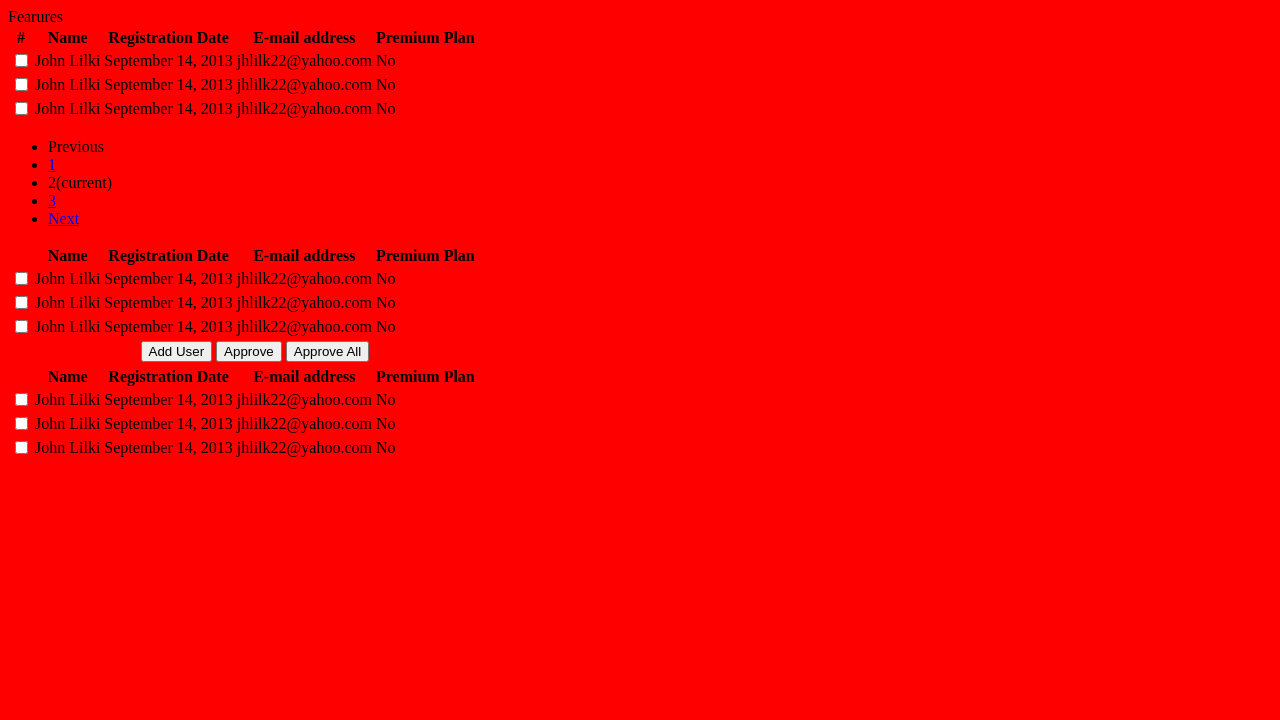
Repository: tienhoang123/Demo
Page: http://localhost/User/WEB-INF/views/home.jsp
An editor plug-in stored every save of this project. The page is shown before and after the next save, followed by the edit.
The browser window is 1280 px wide. The pictures show the whole page.
The page is served by Tomcat 9. Nobody is signed in. Other server files are loaded and not shown. The template is opened directly, without the code that normally fills it, so the values that code supplies are empty.

Above is the page before, as saved 2019-10-14 06:17:33.
Not found: DemoCrud/User/resources/css/boostrapcss/bootstrap.min.css
Not found: DemoCrud/User/resources/js/bootstrapjs/bootstrap.min.js

### DemoCrud/User/src/main/webapp/WEB-INF/views/home.jsp
<%@ page language="java" contentType="text/html; charset=UTF-8"
	pageEncoding="UTF-8"%><!DOCTYPE html>
	<%@ taglib uri="http://java.sun.com/jsp/jstl/core" prefix="c" %>
<html>
<head>
<meta http-equiv="Content-Type" content="text/html; charset=UTF-8">
<title>HelloWorld</title>
<link rel="stylesheet" href="<c:url value='/resources/css/common.css' />" />
<link href="/resources/css/boostrapcss/bootstrap.min.css" rel="stylesheet" id="bootstrap-css">
<script src="/resources/js/bootstrapjs/bootstrap.min.js"></script>
<script src="https://ajax.googleapis.com/ajax/libs/jquery/3.4.1/jquery.min.js"></script>
</head>
<body>
  <main class="container pt-5">
        <div class="card mb-5">
            <div class="card-header">Fearures</div>
            <div class="card-block p-0">
                <table class="table table-bordered table-sm m-0">
                    <thead class="">
                        <tr>
                            <th>#</th>
                            <th>Name</th>
                            <th>Registration Date</th>
                            <th>E-mail address</th>
                            <th>Premium Plan</th>
                        </tr>
                    </thead>
                    <tbody>
                        <tr>
                            <td>
                                <label class="custom-control custom-checkbox">
                                    <input type="checkbox" class="custom-control-input">
                                    <span class="custom-control-indicator"></span>
                                </label>
                            </td>
                            <td>John Lilki</td>
                            <td>September 14, 2013</td>
                            <td>jhlilk22@yahoo.com</td>
                            <td>No</td>
                        </tr>
                        <tr>
                            <td>
                                <label class="custom-control custom-checkbox">
                                    <input type="checkbox" class="custom-control-input">
                                    <span class="custom-control-indicator"></span>
                                </label>
                            </td>
                            <td>John Lilki</td>
                            <td>September 14, 2013</td>
                            <td>jhlilk22@yahoo.com</td>
                            <td>No</td>
                        </tr>
                        <tr>
                            <td>
                                <label class="custom-control custom-checkbox">
                                    <input type="checkbox" class="custom-control-input">
                                    <span class="custom-control-indicator"></span>
                                </label>
                            </td>
                            <td>John Lilki</td>
                            <td>September 14, 2013</td>
                            <td>jhlilk22@yahoo.com</td>
                            <td>No</td>
                        </tr>
                    </tbody>
                </table>
            </div>
            <div class="card-footer p-0">
                <nav aria-label="...">
                    <ul class="pagination justify-content-end mt-3 mr-3">
                        <li class="page-item disabled">
                            <span class="page-link">Previous</span>
                        </li>
                        <li class="page-item"><a class="page-link" href="#">1</a></li>
                        <li class="page-item active">
                            <span class="page-link">2<span class="sr-only">(current)</span>
                            </span>
                        </li>
                        <li class="page-item"><a class="page-link" href="#">3</a></li>
                        <li class="page-item">
                            <a class="page-link" href="#">Next</a>
                        </li>
                    </ul>
                </nav>
            </div>
        </div>
        <table class="table table-bordered table-definition mb-5">
            <thead class="table-warning ">
                <tr>
                    <th></th>
                    <th>Name</th>
                    <th>Registration Date</th>
                    <th>E-mail address</th>
                    <th>Premium Plan</th>
                </tr>
            </thead>
            <tbody>
                <tr>
                    <td>
                        <label class="custom-control custom-checkbox">
                            <input type="checkbox" class="custom-control-input">
                            <span class="custom-control-indicator"></span>
                        </label>
                    </td>
                    <td>John Lilki</td>
                    <td>September 14, 2013</td>
                    <td>jhlilk22@yahoo.com</td>
                    <td>No</td>
                </tr>
                <tr>
                    <td>
                        <label class="custom-control custom-checkbox">
                            <input type="checkbox" class="custom-control-input">
                            <span class="custom-control-indicator"></span>
                        </label>
                    </td>
                    <td>John Lilki</td>
                    <td>September 14, 2013</td>
                    <td>jhlilk22@yahoo.com</td>
                    <td>No</td>
                </tr>
                <tr>
                    <td>
                        <label class="custom-control custom-checkbox">
                            <input type="checkbox" class="custom-control-input">
                            <span class="custom-control-indicator"></span>
                        </label>
                    </td>
                    <td>John Lilki</td>
                    <td>September 14, 2013</td>
                    <td>jhlilk22@yahoo.com</td>
                    <td>No</td>
                </tr>
            </tbody>
            <tfoot>
                <tr>
                    <th></th>
                    <th colspan="4">
                        <button class="btn btn-primary float-right">Add User</button>
                        <button class="btn btn-default">Approve</button>
                        <button class="btn btn-default">Approve All</button>
                    </th>
                </tr>
            </tfoot>
        </table>
        <table class="table  table-sm">
            <thead class="table-info">
                <tr>
                    <th></th>
                    <th>Name</th>
                    <th>Registration Date</th>
                    <th>E-mail address</th>
                    <th>Premium Plan</th>
                </tr>
            </thead>
            <tbody>
                <tr>
                    <td>
                        <label class="custom-control custom-checkbox">
                            <input type="checkbox" class="custom-control-input">
                            <span class="custom-control-indicator"></span>
                        </label>
                    </td>
                    <td>John Lilki</td>
                    <td>September 14, 2013</td>
                    <td>jhlilk22@yahoo.com</td>
                    <td>No</td>
                </tr>
                <tr>
                    <td>
                        <label class="custom-control custom-checkbox">
                            <input type="checkbox" class="custom-control-input">
                            <span class="custom-control-indicator"></span>
                        </label>
                    </td>
                    <td>John Lilki</td>
                    <td>September 14, 2013</td>
                    <td class="table-danger">jhlilk22@yahoo.com</td>
                    <td>No</td>
                </tr>
                <tr>
                    <td>
                        <label class="custom-control custom-checkbox">
                            <input type="checkbox" class="custom-control-input">
                            <span class="custom-control-indicator"></span>
                        </label>
                    </td>
                    <td>John Lilki</td>
                    <td>September 14, 2013</td>
                    <td>jhlilk22@yahoo.com</td>
                    <td>No</td>
                </tr>
            </tbody>
        </table>
    </main>
</body>
</html>

### DemoCrud/User/src/main/webapp/resources/css/common.css
html{
	background: red;
}

Loaded but not shown: DemoCrud/User/src/main/webapp/resources/css/boostrapcss/bootstrap.min.css (library); DemoCrud/User/src/main/webapp/resources/js/boostrapjs/bootstrap.min.js (library)

After the next save:
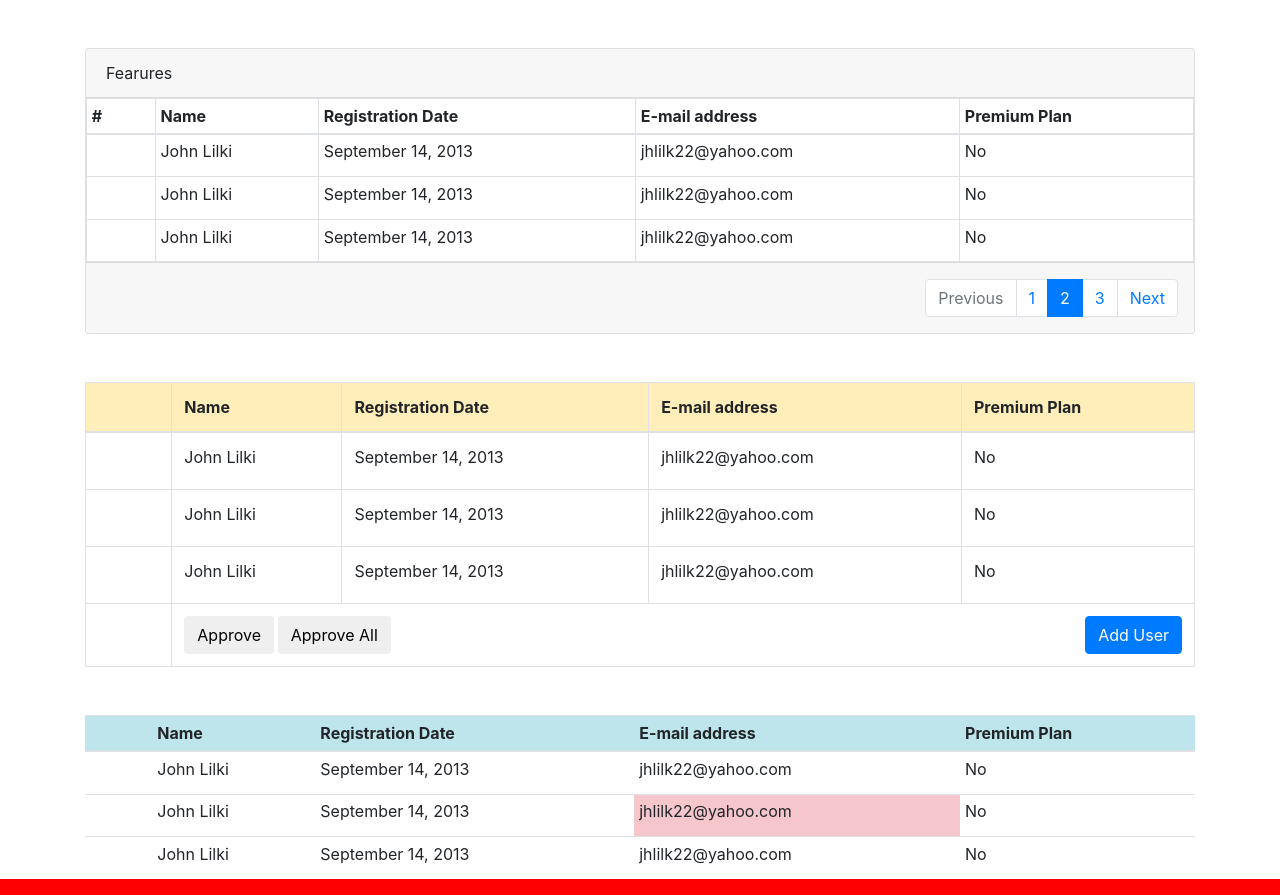
Console error: TypeError: Cannot read properties of undefined (reading 'fn')
Saved 81 s later.
--- a/DemoCrud/User/src/main/webapp/WEB-INF/views/home.jsp
+++ b/DemoCrud/User/src/main/webapp/WEB-INF/views/home.jsp
@@ -6,8 +6,9 @@
 <meta http-equiv="Content-Type" content="text/html; charset=UTF-8">
 <title>HelloWorld</title>
 <link rel="stylesheet" href="<c:url value='/resources/css/common.css' />" />
-<link href="/resources/css/boostrapcss/bootstrap.min.css" rel="stylesheet" id="bootstrap-css">
-<script src="/resources/js/bootstrapjs/bootstrap.min.js"></script>
+
+<link href="<c:url value='/resources/css/boostrapcss/bootstrap.min.css' />" rel="stylesheet" id="bootstrap-css">
+<script src="<c:url value='/resources/js/bootstrapjs/bootstrap.min.js' />"></script>
 <script src="https://ajax.googleapis.com/ajax/libs/jquery/3.4.1/jquery.min.js"></script>
 </head>
 <body>
